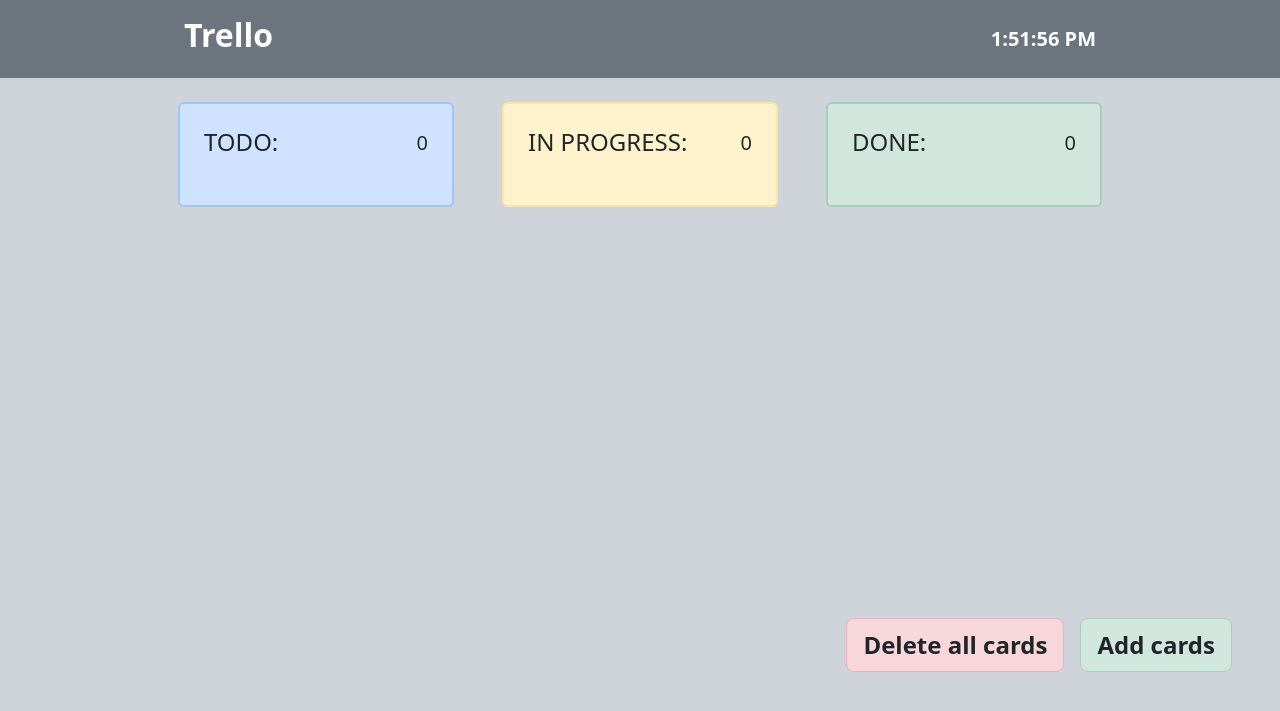
Repository: Valeria154/trello-app-clone
Page: / (app in trello-app-project/)
An editor plug-in stored every save of this project. The page is shown before and after the next save, followed by the edit.
The browser window is 1280 px wide. The pictures show the whole page.
After loading, the first visible `#addCardBtn` was clicked once.
The project was rebuilt for these pictures with package versions that can differ from the ones it lists, and the page was loaded fresh each time. Also part of the build but not shown: trello-app-project/vite.config.js.

Above is the page before, as saved 2025-03-16 17:24:29.
Console error: TypeError: Cannot read properties of null (reading 'addEventListener')

### trello-app-project/src/index.html
<!doctype html>
<html lang="en">

<head>
	<meta charset="UTF-8" />
	<meta name="viewport" content="width=device-width, initial-scale=1.0" />
	<title>Trello</title>
	<script type="module" src="./main.js"></script>
</head>

<body class="bg-dark-subtle">
	<header class="bg-secondary p-3">
		<div class="container d-flex justify-content-between align-items-center mx-autox w-75">
			<h1 class="fs-2 fw-bold text-white">Trello</h1>
			<div class="fs-5 fw-semibold text-white" id="clock"></div>
		</div>
	</header>
	<main class="p-4">
		<div class="container text-center w-75" id="todoContainer">
			<div class="row align-items-start mb-6 gap-5">
				<!-- TODO -->
				<div class="col border border-primary-subtle border-2 rounded-2 text-dark p-4 bg-primary-subtle">
					<div class="d-flex justify-content-between mb-3">
						<h4>TODO:</h4>
						<div id="todoCount" class="fs-5">0</div>
					</div>
					<div id="todo"></div>
				</div>
				<!-- In progress -->
				<div class="col border border-warning-subtle border-2 rounded-2 text-dark p-4 bg-warning-subtle">
					<div class="d-flex justify-content-between mb-3">
						<h4>IN PROGRESS:</h4>
						<div id="progressCount " class="fs-5">0</div>
					</div>
					<div id="progress"></div>
				</div>
				<!-- Done -->
				<div class="col border border-success-subtle border-2 rounded-2 text-dark p-4 bg-success-subtle">
					<div class="d-flex justify-content-between mb-3">
						<h4>DONE:</h4>
						<div id="doneCount" class="fs-5">0</div>
					</div>
					<div id="done"></div>
				</div>
			</div>
			<div class="d-grid gap-2 d-md-flex justify-content-md-end position-fixed bottom-0 end-0 p-5">
				<button class="btn btn-lg bg-danger-subtle border-danger-subtle me-md-2 fs-4 fw-semibold" type="button"
					id="deleteAllBtn">Delete all
					cards</button>
				<button id="addCardBtn" class="btn btn-lg bg-success-subtle border-success-subtle fs-4 fw-semibold"
					type="button">Add
					cards</button>
			</div>
			<!-- Modal form -->
			<div id="modalFormContainer" class="position-relative block" style="z-index: 20">
				<!-- <div class="position-fixed top-50 start-50 translate-middle w-100 bg-dark bg-opacity-50">
					<form id="todoForm" class="p-4 border rounded bg-light text-start fw-semibold w-50 position-relative">
						<div class="mb-3">
							<label for="titile" class="form-label fs-5">Title</label>
							<input type="text" class="form-control" id="title" placeholder="Enter todo...">
						</div>
						<div class="mb-3">
							<label for="description" class="form-label fs-5">Description</label>
							<textarea class="form-control p-2 rounded-3" id="description" rows="6"
								placeholder="Write description"></textarea>
						</div>
						<div class="mb-3">
							<label for="user" class="form-label fs-5">User </label>
							<select id="user" class="form-select">
								<option selected value="">Choose user</option>
								<option value="Amelia">Amelia</option>
								<option value="Mary">Mary</option>
								<option value="Thomas">Thomas</option>
								<option value="Harry">Harry</option>
								<option value="Susan">Susan</option>
							</select>
						</div>
						<button type="submit" class="btn btn-primary bg-secondary bg-gradient border-secondary">Add card
							TODO</button>
						<button type="button" class="btn-close position-absolute top-0 end-0 me-4 mt-4"
							aria-label="close"></button>
					</form>
				</div> -->
			</div>
		</div>
	</main>

</body>

</html>

### trello-app-project/src/main.js
import './style.scss'
// import javascriptLogo from './javascript.svg'
// import viteLogo from '/vite.svg'

const clockElement = document.querySelector('#clock')
const addCardBtnElement = document.querySelector('#addCardBtn')
const modalFormElement = document.querySelector('#modalFormContainer')
const btnCloseElement = document.querySelector('.btn-close')
const todoContainerElement = document.querySelector('#todoContainer')
const todoFormElement = document.querySelector('#todoForm')
const statusArr = ['todo', 'inprogress', 'done']


//функция, которая отражает часы
function showClock() {
	clockElement.textContent = new Date().toLocaleTimeString()
}
setInterval(showClock, 1000)
showClock()


//открытие модального окна
addCardBtnElement.addEventListener('click', handleClickButtonAddCard)
//btnCloseElement.addEventListener('click', handleClickBtnCloseModal)
//todoContainerElement.addEventListener('submit', handleSubmitForm)
todoFormElement.addEventListener('submit', handleSubmitForm)



function handleClickButtonAddCard() {
	toggleModal(modalFormElement) // Открываем или закрываем модальное окно
	if (!todoFormElement) {
		modalFormElement.innerHTML = buildModalForm()
		btnCloseElement.addEventListener('click', () => toggleModal(modalFormElement))
	}
}

function toggleModal(modal) {
	if (modal.classList.contains('block')) {
		modal.classList.replace('block', 'hidden')
	} else {
		modal.classList.replace('hidden', 'block')
	}
}

function buildModalForm() {
	return `
				<div class="d-flex align-items-center justify-content-center position-fixed top-0 start-0 w-100 h-100 bg-dark bg-opacity-50">
					<form id="todoForm" class="p-4 border rounded bg-light text-start fw-semibold w-50 position-relative">
						<div class="mb-3">
							<label for="title" class="form-label fs-5">Title</label>
							<input type="text" class="form-control" id="title" placeholder="Enter todo..." required>
						</div>
						<div class="mb-3">
							<label for="description" class="form-label fs-5">Description</label>
							<textarea class="form-control p-2 rounded-3" id="description" rows="6"
								placeholder="Write description" required></textarea>
						</div>
						<div class="mb-3">
							<label for="user" class="form-label fs-5">User </label>
							<select id="user" class="form-select" required>
								<option selected value="">Choose user</option>
								<option value="Amelia">Amelia</option>
								<option value="Mary">Mary</option>
								<option value="Thomas">Thomas</option>
								<option value="Harry">Harry</option>
								<option value="Susan">Susan</option>
							</select>
						</div>
						<button type="submit" class="btn btn-primary bg-secondary bg-gradient border-secondary">Add card
							TODO</button>
						<button type="button" class="btn-close position-absolute top-0 end-0 me-4 mt-4"
							aria-label="close" data-dismiss="modal" data-set="remove"></button>
					</form>
				</div>
	`
}

function handleSubmitForm(event) {
	event.preventDefault() // Останавливаем стандартное действие отправки формы

	// Получаем данные из формы
	const formData = new FormData(event.target) //создает объект, содержащий все данные, введённые в форму; event.target - сама форма, отправляемая при событии submit
	const formDataObject = Object.fromEntries(formData) //Преобразует пары ключ-значение из объекта FormData в обычный объект JS.

	cardContainer.insertAdjacentHTML('beforeend', buildTodoTemplate)
	formElement.reset()

	const { editedId } = formElement.dataset //для редоктирования формы
	if (editedId) {
		const editedTodoIndex = todos.findIndex(todo => todo.id == editedId)
		todos[editedTodoIndex] = { ...todos[editedTodoIndex], ...formDataObject }
		setDataToStorage(todos)
		render(todos)
	} else {
		const newTodo = new Todo(formDataObject)
		todos.push(newTodo)
		setDataToStorage(todos)
		render(todos)
	}
	formElement.reset()
	toggleModal(formModalElement)
	delete formElement.dataset.editedId
}
class Todo {
	id = Date.now()
	createdAt = new Date().toString()
	constructor({ title, description, user, status = '0' }) {
		this.title = title
		this.description = description
		this.user = user
		this.status = statusArr[status]
	}
}
function buildTodoTemplate({ id, title, description, user, status, createdAt }) {
	const data = createdAt(currentDate)
	return `
	        <div data-id="${id}" class="card bg-white">
            <div class="d-flex justify-content-center" role="group">
                <button type="button" class="btn btn-light" data-role="edit">EDIT</button>
                <select name="status" class="btn btn-light">
                    <option value="todo" ${status == 'todo' ? 'selected' : ''}>Todo</option>
                    <option value="progress" ${status == 'progress' ? 'selected' : ''}>In progress</option>
                    <option value="done" ${status == 'done' ? 'selected' : ''}>Done</option>
                </select>
                <button type="button" class="btn btn-light" data-role="remove">DELETE</button>
            </div>
            <div class="p-4 mb-2">
                <h4 class="text-start fs-5 fw-semibold">${title}</h4>
                <div class="text-start fs-6"><p>${description}</p></div>
            </div>
            <div class="d-flex justify-content-between text-start">
                <div>${user}</div>
                <div>${data}</div>
            </div>
        	</div>
	`
}

function currentDate(date = '', locale = 'ru-RU') {
	const dateTemplate = new Date(date)
	// const dateFormat = {
	// 	hour: 'numeric',
	// 	minute: 'numeric',
	// 	year: 'numeric',
	// 	month: 'numeric',
	// 	day: 'numeric'
	// }
	return `${dateTemplate.toLocaleDateString(locale)}, ${dateTemplate.toLocaleTimeString(locale)}`
	// return new Intl.DateTimeFormat(locale, dateFormat).format(dateTemplate)
}

### trello-app-project/src/style.scss
@import "bootstrap/scss/bootstrap";

.hidden {
	display: none;
	opacity: 0;
	transition: opacity 0.3s ease;
}

.block {
	display: block;
	opacity: 1;
	transition: opacity 0.3s ease;
}

After the next save:
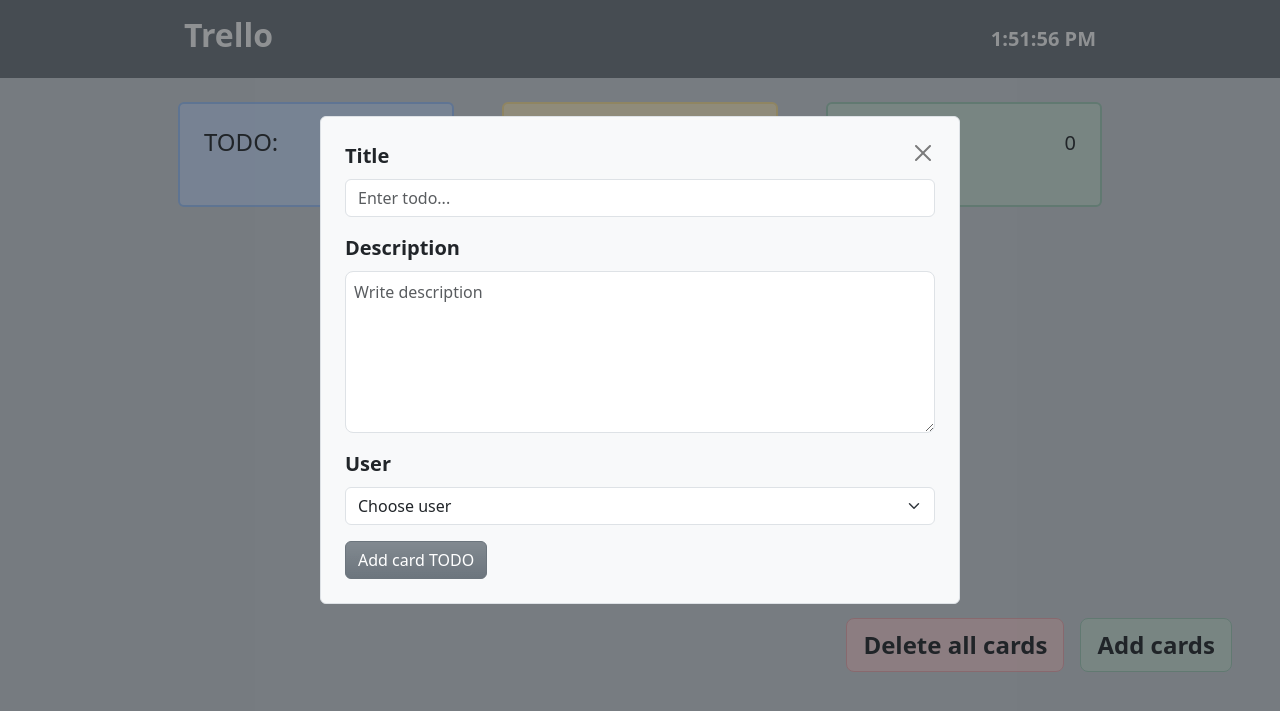
Saved 5 min 21 s later.
--- a/trello-app-project/src/main.js
+++ b/trello-app-project/src/main.js
@@ -28,11 +28,11 @@
 
 
 function handleClickButtonAddCard() {
-	toggleModal(modalFormElement) // Открываем или закрываем модальное окно
 	if (!todoFormElement) {
 		modalFormElement.innerHTML = buildModalForm()
 		btnCloseElement.addEventListener('click', () => toggleModal(modalFormElement))
 	}
+	toggleModal(modalFormElement) // Открываем или закрываем модальное окно
 }
 
 function toggleModal(modal) {

After the 2 saves that followed:
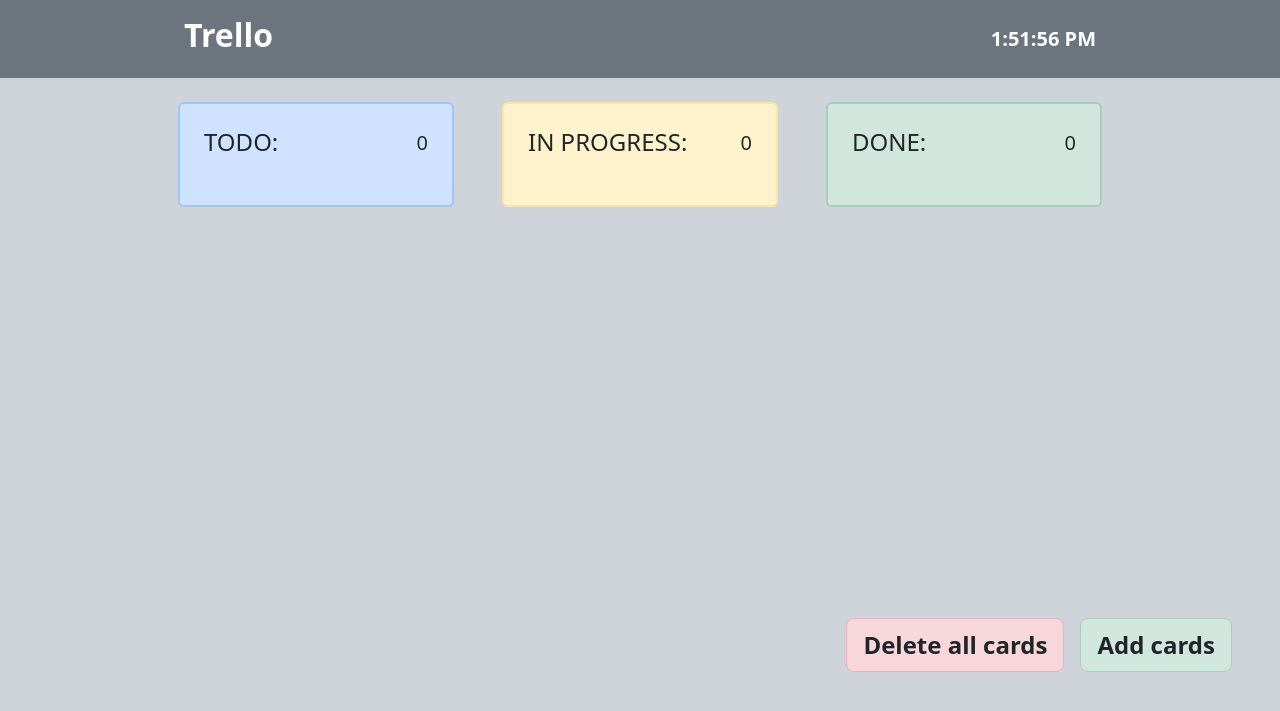
The 2 saves are shown as one change because 1 left the picture as it was.
The last was saved 2 min 1 s later.
--- a/trello-app-project/src/main.js
+++ b/trello-app-project/src/main.js
@@ -30,9 +30,10 @@
 function handleClickButtonAddCard() {
 	if (!todoFormElement) {
 		modalFormElement.innerHTML = buildModalForm()
+		const btnCloseElement = modalFormElement.querySelector('.btn-close')
 		btnCloseElement.addEventListener('click', () => toggleModal(modalFormElement))
 	}
-	toggleModal(modalFormElement) // Открываем или закрываем модальное окно
+	toggleModal(modalFormElement) // Открываем модальное окно
 }
 
 function toggleModal(modal) {
